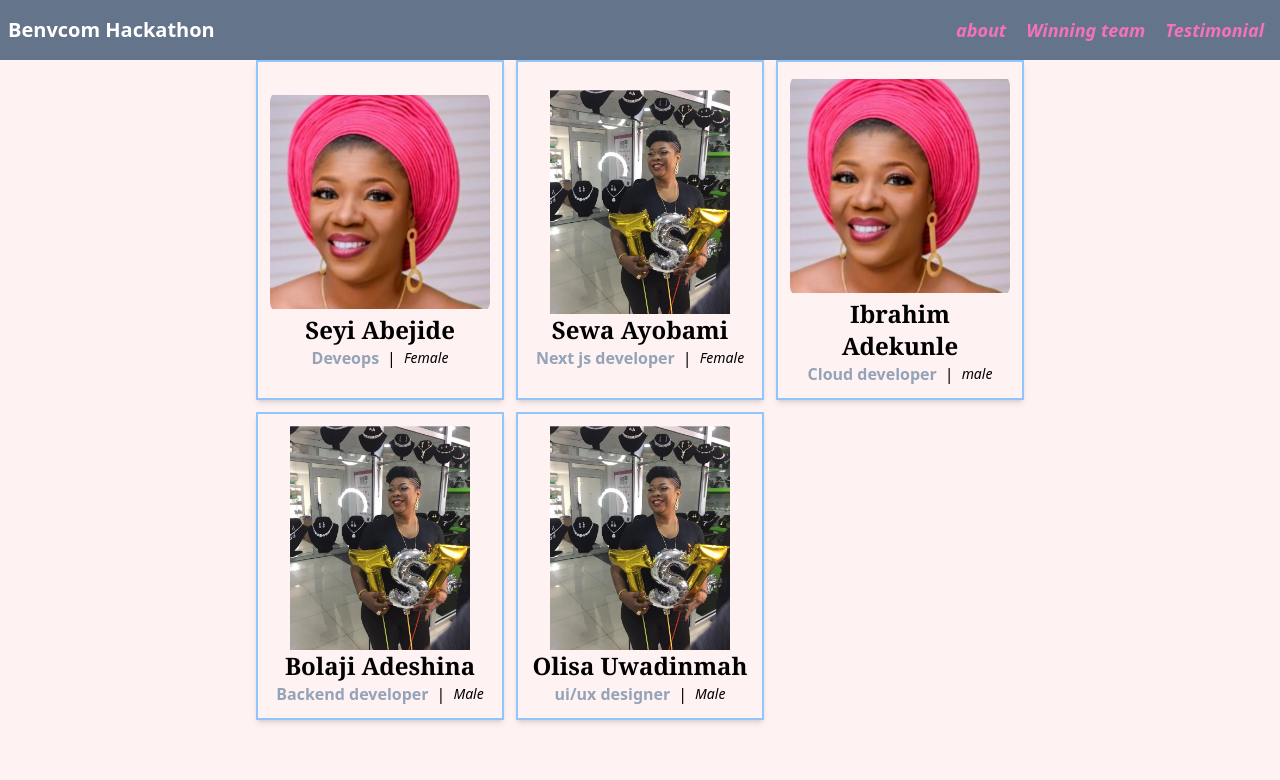
Repository: Semanmernstack/Bincom
Page: /
The author's editor kept a copy of each file at every save. The page is drawn from the files as they stood at one save, then again after the next save.
The browser window is 1280 px wide. The pictures show the whole page.
The project was rebuilt for these pictures with package versions that can differ from the ones it lists, and the page was loaded fresh each time. The framework's server and built-in components were replaced by stand-ins that run in the browser. Also part of the build but not shown: next.config.mjs.

Above is the page before, as saved 2024-01-25 09:43:21.

After the next save:
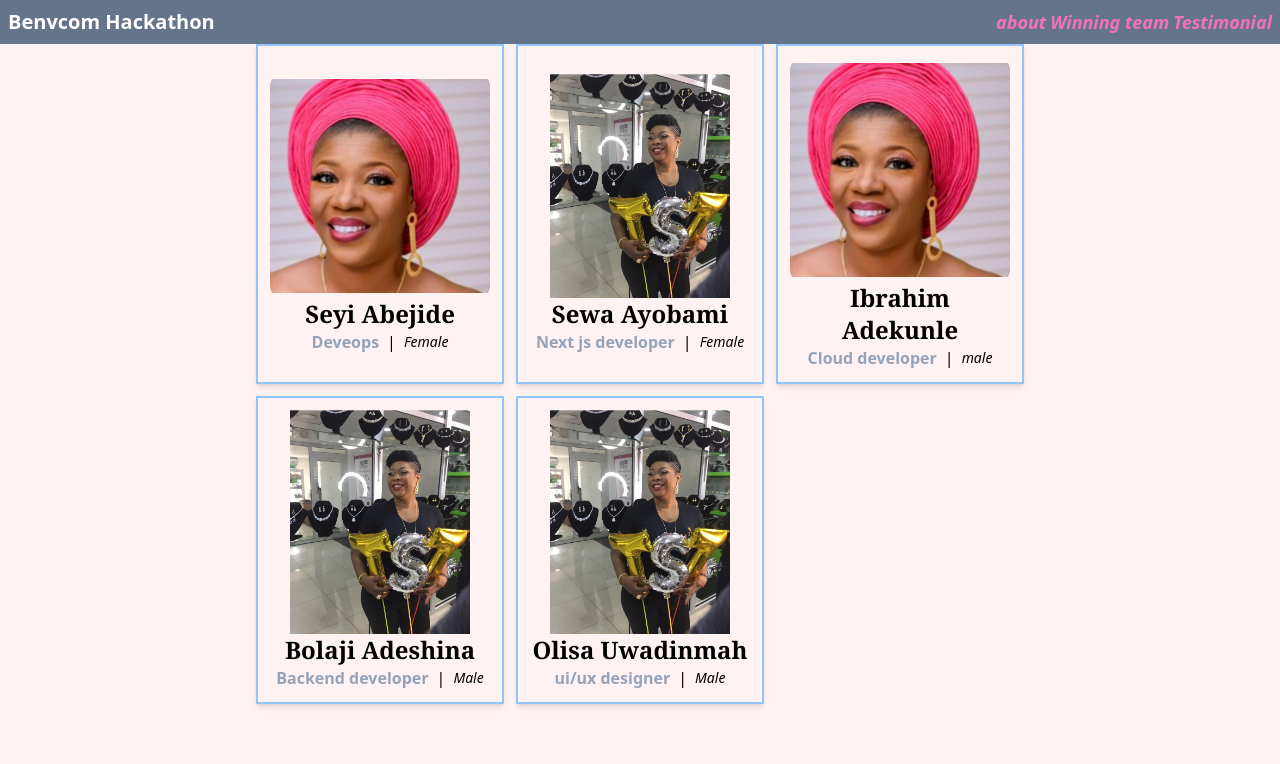
Saved 30 s later.
--- a/app/components/Nav.tsx
+++ b/app/components/Nav.tsx
@@ -35,7 +35,7 @@ function Nav() {
 
                 ):(
                     <Link href= {d.href }
-                    className="flex   p-2 gap-1 italic sm:font-semibold hover:border rounded-lg text-pink-400   dark:text-white text-xs sm:text-lg font-bold transition duration-100  "
+                    className="flex   gap-1 italic sm:font-semibold hover:border rounded-lg text-pink-400   dark:text-white text-xs sm:text-lg font-bold transition duration-100  "
                     >
                         {d.title}
                     </Link>
